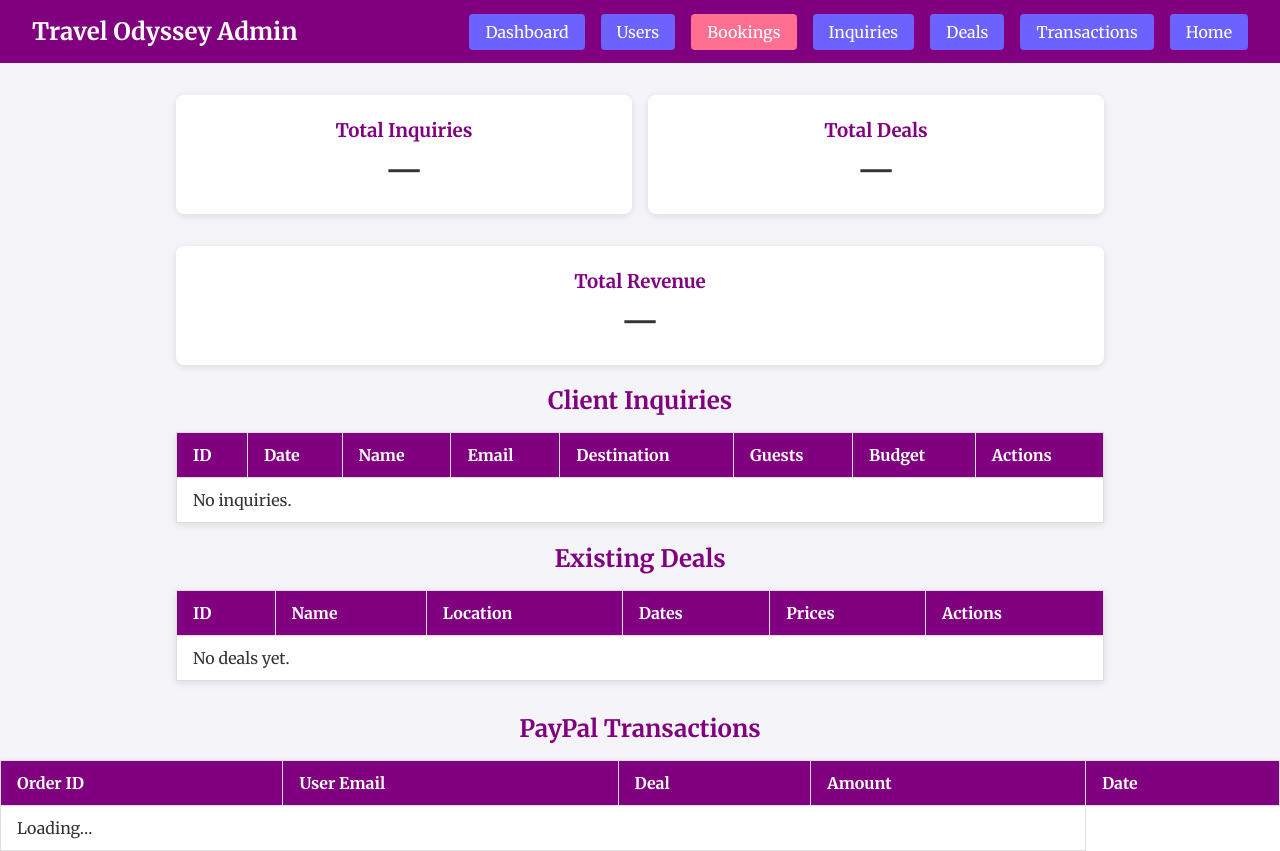
Repository: GHzPhoenix/Project-Odyssey
Page: Frontend/admin-bookings.html
An editor plug-in stored every save of this project. The page is shown before and after the next save, followed by the edit.
The browser window is 1280 px wide. The pictures show the whole page.
The page's requests for data from a server got no answer.

Above is the page before, as saved 2025-07-10 09:30:08.

### Frontend/admin-bookings.html
<!DOCTYPE html>
<html lang="en">
  <head>
    <meta charset="UTF-8" />
    <meta name="viewport" content="width=device-width,initial-scale=1.0" />
    <title>Admin Dashboard – Travel Odyssey</title>
    <link rel="stylesheet" href="/Frontend/css/admin.css" />
    <style>
      .kpi-container {
        display: flex;
        gap: 1rem;
        margin: 2rem 0;
        justify-content: center;
      }
      .kpi-card {
        flex: 1;
        background: white;
        padding: 1.5rem;
        border-radius: 8px;
        box-shadow: 0 2px 8px rgba(0, 0, 0, 0.1);
        text-align: center;
      }
      .kpi-card h3 {
        margin-bottom: 0.5rem;
        color: purple;
      }
      .kpi-card p {
        font-size: 2rem;
        font-weight: bold;
      }
    </style>
  </head>
  <body>
    <header>
      <nav>
        <div class="logo">Travel Odyssey Admin</div>
        <ul>
          <li><a href="admin.html">Dashboard</a></li>
          <li><a href="admin-users.html">Users</a></li>
          <li><a href="admin-bookings.html" class="active">Bookings</a></li>
          <li><a href="inquiries.html">Inquiries</a></li>
          <li><a href="add-deal.html">Deals</a></li>
          <li><a href="transactions.html">Transactions</a></li>
          <li><a href="index.html">Home</a></li>
        </ul>
      </nav>
    </header>

    <main>
      <div class="kpi-container">
        <div class="kpi-card">
          <h3>Total Inquiries</h3>
          <p id="kpi-inquiries">–</p>
        </div>
        <div class="kpi-card">
          <h3>Total Deals</h3>
          <p id="kpi-deals">–</p>
        </div>
      </div>
      <div class="kpi-card">
        <h3>Total Revenue</h3>
        <p id="kpi-revenue">–</p>
      </div>
      <br />
      <h2 class="section">Client Inquiries</h2>
      <table id="inquiries-table">
        <thead>
          <tr>
            <th>ID</th>
            <th>Date</th>
            <th>Name</th>
            <th>Email</th>
            <th>Destination</th>
            <th>Guests</th>
            <th>Budget</th>
            <th>Actions</th>
          </tr>
        </thead>
        <tbody>
          <tr>
            <td colspan="7">Loading…</td>
          </tr>
        </tbody>
      </table>
      <br />
      <h2 class="section">Existing Deals</h2>
      <table id="deals-table">
        <thead>
          <tr>
            <th>ID</th>
            <th>Name</th>
            <th>Location</th>
            <th>Dates</th>
            <th>Prices</th>
            <th>Actions</th>
          </tr>
        </thead>
        <tbody>
          <tr>
            <td colspan="5">Loading…</td>
          </tr>
        </tbody>
      </table>
    </main>

    <div id="deal-modal" class="modal-overlay">
      <div class="modal">
        <h2>Edit / Create Deal</h2>
        <form id="modal-form">
          <div class="input-group">
            <label>Name</label>
            <input type="text" name="name" required />
          </div>
          <div class="input-group">
            <label>Location</label>
            <input type="text" name="location" required />
          </div>
          <div class="input-group">
            <label>Activities</label>
            <input type="text" name="activities" required />
          </div>
          <div class="input-group">
            <label>Start Date</label>
            <input type="date" name="start_date" required />
          </div>
          <div class="input-group">
            <label>End Date</label>
            <input type="date" name="end_date" required />
          </div>
          <div class="input-group">
            <label>Price (€)</label>
            <input
              type="number"
              name="price"
              required
              min="0"
              step="0.01"
              placeholder="e.g. 199.99"
            />
          </div>
          <div class="input-group file-input-group">
            <label for="modal-image-input" class="file-input-btn">
              📁 Choose Image
            </label>
            <input type="file" id="modal-image-input" accept="image/*" />
            <span id="modal-file-chosen">No file chosen</span>
          </div>
          <div class="modal-actions">
            <button type="button" id="modal-cancel">Cancel</button>
            <button type="submit" id="modal-save">Save</button>
          </div>
        </form>
      </div>
    </div>

    <div class="transactions-section">
      <h2 class="section">PayPal Transactions</h2>
      <table id="transactions-table">
        <thead>
          <tr>
            <th>Order ID</th>
            <th>User Email</th>
            <th>Deal</th>
            <th>Amount</th>
            <th>Date</th>
          </tr>
        </thead>

        <tbody>
          <tr>
            <td colspan="4">Loading…</td>
          </tr>
        </tbody>
      </table>
    </div>

    <script>
      const token = localStorage.getItem("token") || "";
      let inquiries = [],
        deals = [],
        editingId = null,
        editingImageURL = "";

      async function fetchJSON(url, opts = {}) {
        opts.headers = {
          ...(opts.headers || {}),
          "Content-Type": "application/json",
          Authorization: "Bearer " + token,
        };
        const res = await fetch(url, opts);
        if (!res.ok) throw await res.json();
        return res.json();
      }

      async function loadDashboard() {
        try {
          inquiries = await fetchJSON("http://127.0.0.1:5001/api/inquiries");
          document.getElementById("kpi-inquiries").textContent =
            inquiries.length;
        } catch {
          document.getElementById("kpi-inquiries").textContent = "—";
        }
        try {
          deals = await fetchJSON("http://127.0.0.1:5001/api/deals");
          document.getElementById("kpi-deals").textContent = deals.length;
        } catch {
          document.getElementById("kpi-deals").textContent = "—";
        }
        try {
          const txns = await fetchJSON(
            "http://127.0.0.1:5001/api/paypal/transactions"
          );
          let total = 0;
          const tbodyT = document.querySelector("#transactions-table tbody");

          tbodyT.innerHTML = txns.length
            ? txns
                .map((o) => {
                  total += parseFloat(o.amount);
                  const d = new Date(o.create_time).toLocaleString();
                  return `
          <tr>
            <td>${o.id}</td>
            <td>${o.user_email}</td>
            <td>${o.deal_name}</td>
            <td>€${Number(o.amount).toFixed(2)}</td>
            <td>${d}</td>
          </tr>`;
                })
                .join("")
            : "<tr><td colspan='5'>No transactions.</td></tr>";

          document.getElementById("kpi-revenue").textContent =
            "€" + total.toFixed(2);
        } catch {
          document.getElementById("kpi-revenue").textContent = "—";
        }

        const inTbody = document.querySelector("#inquiries-table tbody");
        if (!inquiries.length) {
          inTbody.innerHTML = "<tr><td colspan='8'>No inquiries.</td></tr>";
        } else {
          inTbody.innerHTML = inquiries
            .map((i, idx) => {
              const date = new Date(i.created_at).toLocaleDateString();
              const budget =
                i.budget != null ? `€${Number(i.budget).toFixed(2)}` : "—";
              return `<tr>
          <td>${i.id}</td>
          <td>${date}</td>
          <td>${i.name}</td>
          <td>${i.email}</td>
          <td>${i.destination}</td>
          <td>${i.guests}</td>
          <td>${budget}</td>
          <td>
            <button class="action create-from-inquiry" data-idx="${idx}">
              Create Deal
            </button>
          </td>
        </tr>`;
            })
            .join("");
        }

        const dTbody = document.querySelector("#deals-table tbody");
        if (!deals.length) {
          dTbody.innerHTML = "<tr><td colspan='6'>No deals yet.</td></tr>";
        } else {
          dTbody.innerHTML = deals
            .map((d) => {
              const from = new Date(d.start_date).toLocaleDateString();
              const to = new Date(d.end_date).toLocaleDateString();
              const price =
                d.price != null ? `€${Number(d.price).toFixed(2)}` : "—";
              return `<tr data-id="${d.id}">
          <td>${d.id}</td>
          <td>${d.name}</td>
          <td>${d.location}</td>
          <td>${from} – ${to}</td>
          <td>${price}</td>
          <td>
            <button class="action edit-deal">Edit</button>
            <button class="action delete-deal">Delete</button>
          </td>
        </tr>`;
            })
            .join("");
        }

        const modal = document.getElementById("deal-modal");
        const form = document.getElementById("modal-form");
        const cancelBtn = document.getElementById("modal-cancel");
        const fileInput = document.getElementById("modal-image-input");
        const fileLabel = document.getElementById("modal-file-chosen");

        function openModal(deal = null, idx = null) {
          form.reset();
          editingId = deal?.id || null;
          editingImageURL = deal?.image_url || "";

          if (deal) {
            form.name.value = deal.name;
            form.location.value = deal.location;
            form.activities.value = deal.activities;
            form.start_date.value = deal.start_date;
            form.end_date.value = deal.end_date;
            form.price.value = deal.price;
            fileLabel.textContent = editingImageURL
              ? "Using existing image"
              : "No file chosen";
          } else if (idx != null) {
            const inquiry = inquiries[idx];
            form.name.value = inquiry.destination + " Special";
            form.location.value = inquiry.destination;
            form.activities.value = inquiry.preferences || "";
            form.start_date.value = "";
            form.end_date.value = "";
            form.price.value = inquiry.budget || "";
            fileLabel.textContent = "No file chosen";
          }

          modal.classList.add("active");
        }

        document.querySelectorAll(".create-from-inquiry").forEach((btn) => {
          btn.onclick = () => openModal(null, btn.dataset.idx);
        });

        document.querySelectorAll(".edit-deal").forEach((btn) => {
          const id = btn.closest("tr").dataset.id;
          const deal = deals.find((d) => d.id == id);
          btn.onclick = () => openModal(deal);
        });

        document.querySelectorAll(".delete-deal").forEach((btn) => {
          const id = btn.closest("tr").dataset.id;
          btn.onclick = async () => {
            if (!confirm("Delete this deal?")) return;
            try {
              await fetchJSON(`http://127.0.0.1:5001/api/deals/${id}`, {
                method: "DELETE",
              });
              alert("Deleted.");
              loadDashboard();
            } catch (err) {
              alert(err.error || "Delete failed");
            }
          };
        });

        cancelBtn.onclick = () => modal.classList.remove("active");
        document.addEventListener("keydown", (e) => {
          if (e.key === "Escape") modal.classList.remove("active");
        });

        fileInput.onchange = () => {
          fileLabel.textContent = fileInput.files[0]?.name || "No file chosen";
        };

        form.onsubmit = async (e) => {
          e.preventDefault();
          const payload = {
            name: form.name.value.trim(),
            location: form.location.value.trim(),
            activities: form.activities.value.trim(),
            start_date: form.start_date.value,
            end_date: form.end_date.value,
            price: parseFloat(form.price.value),
            image_url: editingImageURL,
          };

          if (fileInput.files.length) {
            payload.image_url = await new Promise((res, rej) => {
              const reader = new FileReader();
              reader.onload = () => res(reader.result);
              reader.onerror = () => rej(reader.error);
              reader.readAsDataURL(fileInput.files[0]);
            });
          }

          try {
            if (editingId) {
              await fetchJSON(`http://127.0.0.1:5001/api/deals/${editingId}`, {
                method: "PUT",
                body: JSON.stringify(payload),
              });
              alert("Deal updated!");
            } else {
              await fetchJSON("http://127.0.0.1:5001/api/deals", {
                method: "POST",
                body: JSON.stringify(payload),
              });
              alert("Deal created!");
            }
            modal.classList.remove("active");
            loadDashboard();
          } catch (err) {
            console.error(err);
            alert("Error: " + (err.error || err.message));
          }
        };
      }

      document.addEventListener("DOMContentLoaded", loadDashboard);
    </script>
  </body>
</html>

### Frontend/css/admin.css
@import url("https://fonts.googleapis.com/css2?family=Merriweather:wght@300;400;700&display=swap");

* {
  box-sizing: border-box;
  margin: 0;
  padding: 0;
}

body {
  font-family: "Merriweather", serif;
  background: #f4f4f9;
  color: #333;
}
.action {
  background: #6c63ff;
  color: white;
  border: none;
  padding: 0.4rem 0.8rem;
  border-radius: 4px;
  cursor: pointer;
  font-size: 0.9rem;
  transition: background 0.2s ease;
}
.action:hover {
  background: #5950d4;
}
.modal-overlay {
  display: none;
  position: fixed;
  inset: 0;
  background: rgba(0, 0, 0, 0.6);
  align-items: center;
  justify-content: center;
  z-index: 1000;
}
.modal-overlay.active {
  display: flex;
}
.modal {
  background: #fff;
  padding: 2rem;
  border-radius: 8px;
  width: 90%;
  max-width: 400px;
  box-shadow: 0 2rem 4rem rgba(0, 0, 0, 0.2);
}
.modal h2 {
  margin-bottom: 1rem;
  color: purple;
}
.modal .input-group {
  margin-bottom: 1rem;
}
.modal label {
  display: block;
  margin-bottom: 0.4rem;
  font-weight: 600;
}
.modal input[type="text"],
.modal input[type="date"] {
  width: 100%;
  padding: 0.5rem;
  border: 1px solid #ccc;
  border-radius: 4px;
}

.modal-actions {
  text-align: right;
  margin-top: 1rem;
}
.modal-actions button {
  background: #6c63ff;
  color: #fff;
  border: none;
  padding: 0.5rem 1rem;
  border-radius: 4px;
  cursor: pointer;
  margin-left: 0.5rem;
  transition: background 0.2s;
}
.modal-actions button#modal-cancel {
  background: #ccc;
  color: #333;
}
.modal-actions button:hover {
  background: #5950d4;
}

header nav {
  background: purple;
  padding: 1rem 2rem;
  display: flex;
  align-items: center;
  justify-content: space-between;
}

header nav .logo {
  color: white;
  font-size: 1.5rem;
  font-weight: bold;
}

header nav ul {
  list-style: none;
  display: flex;
  gap: 1rem;
}

header nav a {
  color: white;
  text-decoration: none;
  padding: 0.5rem 1rem;
  background: #6c63ff;
  border-radius: 4px;
  transition: background 0.2s;
}

header nav a.active,
header nav a:hover {
  background: #ff6f91;
}

main {
  max-width: 960px;
  margin: 2rem auto;
  padding: 0 1rem;
}

h1,
h2 {
  color: purple;
  margin-bottom: 1rem;
  text-align: center;
}

form {
  background: white;
  padding: 2rem;
  border-radius: 8px;
  box-shadow: 0 4px 12px rgba(0, 0, 0, 0.1);
}

form .input-group {
  margin-bottom: 1.25rem;
}

form label {
  display: block;
  margin-bottom: 0.4rem;
  font-weight: 600;
}

form input[type="text"],
form input[type="date"],
form input[type="number"],
form textarea {
  width: 100%;
  padding: 0.6rem;
  border: 1px solid #ccc;
  border-radius: 4px;
  font-size: 1rem;
}

form textarea {
  resize: vertical;
  min-height: 80px;
}

.file-input-label {
  display: inline-block;
  padding: 0.5rem 1rem;
  background: #007bff;
  color: white;
  border-radius: 4px;
  cursor: pointer;
  font-size: 0.9rem;
}

#file-chosen {
  margin-left: 0.5rem;
  font-size: 0.9rem;
  vertical-align: middle;
  color: #555;
}

input[type="file"] {
  display: none;
}

button[type="submit"] {
  background: #0b6623;
  color: white;
  padding: 0.7rem 1.4rem;
  border: none;
  border-radius: 4px;
  font-size: 1rem;
  cursor: pointer;
}

button[type="submit"]:hover {
  background: #095a1a;
}

#deal-message,
#inquiry-message {
  margin-top: 0.75rem;
  font-size: 0.9rem;
}

#deal-message.error,
#inquiry-message.error {
  color: #b00020;
}

#deal-message.success,
#inquiry-message.success {
  color: #0b6623;
}

table {
  width: 100%;
  border-collapse: collapse;
  background: white;
  margin-top: 1rem;
  box-shadow: 0 2px 8px rgba(0, 0, 0, 0.1);
}

th,
td {
  padding: 0.75rem 1rem;
  border: 1px solid #ddd;
  text-align: left;
}

th {
  background: purple;
  color: white;
  font-weight: 600;
}

tr:nth-child(even) td {
  background: #f9f9ff;
}

.inquiry-actions button {
  background: #6c63ff;
  color: white;
  border: none;
  padding: 0.4rem 0.8rem;
  border-radius: 4px;
  cursor: pointer;
  font-size: 0.9rem;
  margin-right: 0.5rem;
}

.inquiry-actions button:hover {
  background: #5950d4;
}

.deal-card {
  background: white;
  border-radius: 8px;
  box-shadow: 0 2px 8px rgba(0, 0, 0, 0.1);
  overflow: hidden;
  margin: 1rem 0;
  display: flex;
}

.deal-card img {
  width: 120px;
  object-fit: cover;
}

.deal-card-body {
  padding: 1rem;
  flex: 1;
}

.deal-card-body h3 {
  margin-bottom: 0.5rem;
}

.deal-card-body p {
  margin-bottom: 0.5rem;
}

.deal-card-body .card-button {
  background: #6c63ff;
  color: white;
  padding: 0.4rem 0.8rem;
  border-radius: 4px;
  text-decoration: none;
}

.deal-card-body .card-button:hover {
  background: #5950d4;
}

.button-link {
  display: inline-block;
  margin-top: 1.5rem;
  color: #6c63ff;
  text-decoration: underline;
}

.file-input-btn {
  display: inline-block;
  background: #6c63ff;
  color: #fff;
  padding: 0.5rem 1rem;
  border-radius: 4px;
  cursor: pointer;
  font-size: 0.9rem;
  transition: background 0.2s;
}
.file-input-btn:hover {
  background: #5950d4;
}

#modal-file-chosen {
  margin-left: 0.75rem;
  font-size: 0.9rem;
  color: #555;
  vertical-align: middle;
}

.file-input-group {
  margin-bottom: 1rem;
}

After the next save:
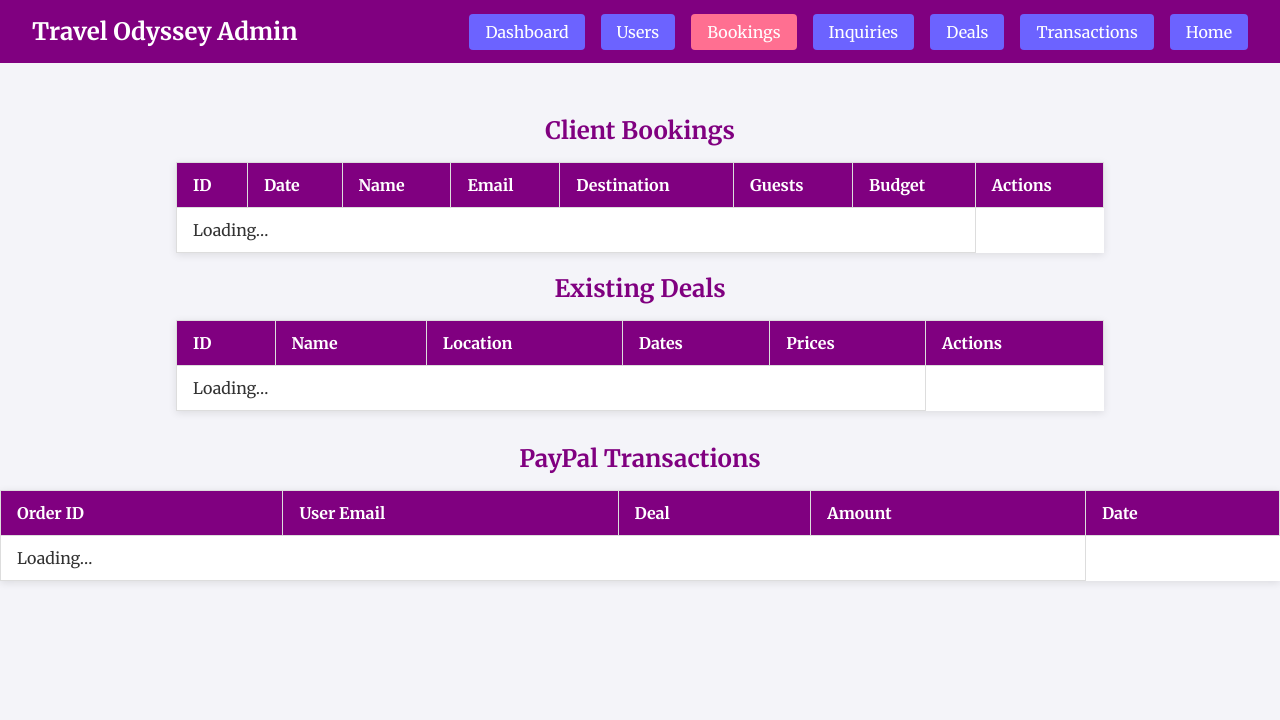
Console error: TypeError: Cannot set properties of null (setting 'textContent')
Saved 41 s later.
--- a/Frontend/admin-bookings.html
+++ b/Frontend/admin-bookings.html
@@ -47,22 +47,8 @@
     </header>
 
     <main>
-      <div class="kpi-container">
-        <div class="kpi-card">
-          <h3>Total Inquiries</h3>
-          <p id="kpi-inquiries">–</p>
-        </div>
-        <div class="kpi-card">
-          <h3>Total Deals</h3>
-          <p id="kpi-deals">–</p>
-        </div>
-      </div>
-      <div class="kpi-card">
-        <h3>Total Revenue</h3>
-        <p id="kpi-revenue">–</p>
-      </div>
       <br />
-      <h2 class="section">Client Inquiries</h2>
+      <h2 class="section">Client Bookings</h2>
       <table id="inquiries-table">
         <thead>
           <tr>

After the save that followed:
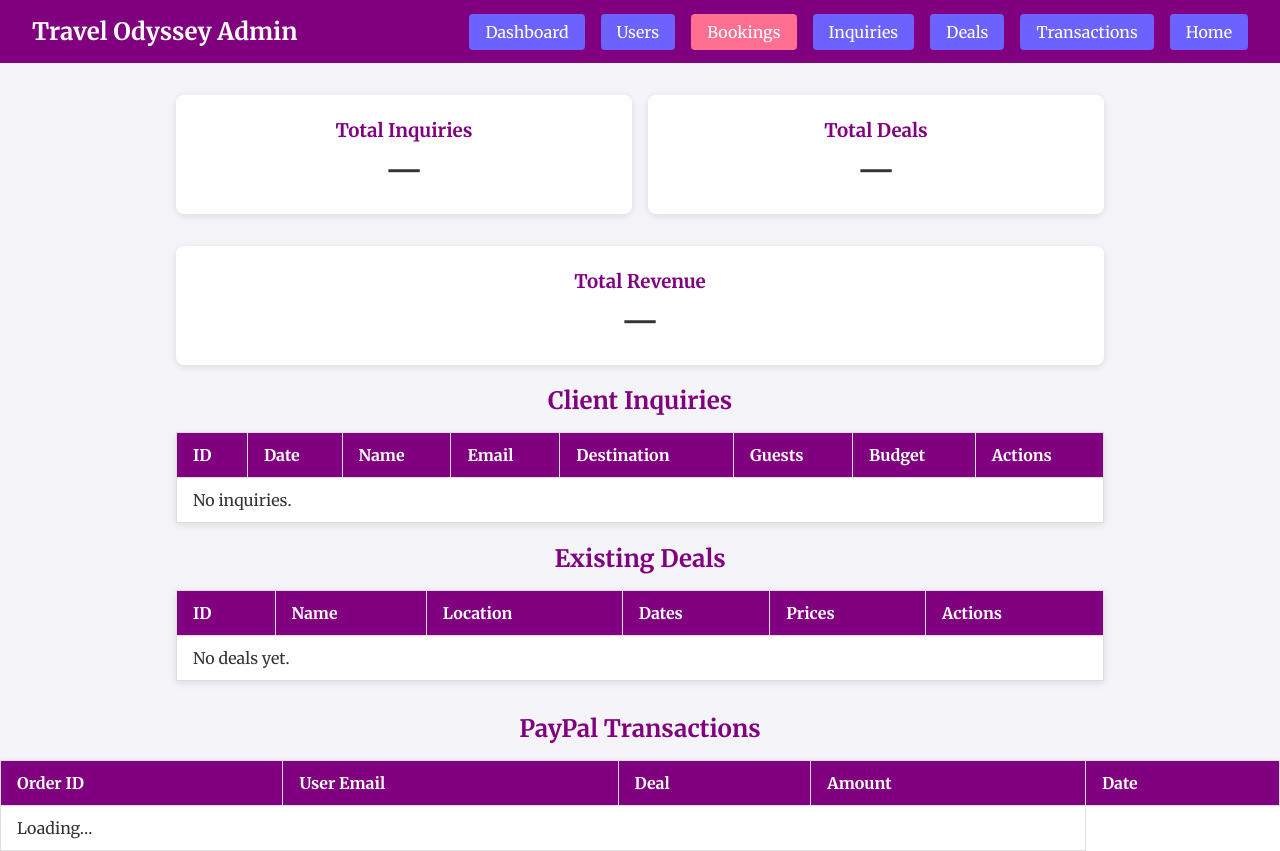
The error is gone.
Saved 23 s later.
--- a/Frontend/admin-bookings.html
+++ b/Frontend/admin-bookings.html
@@ -47,8 +47,22 @@
     </header>
 
     <main>
+      <div class="kpi-container">
+        <div class="kpi-card">
+          <h3>Total Inquiries</h3>
+          <p id="kpi-inquiries">–</p>
+        </div>
+        <div class="kpi-card">
+          <h3>Total Deals</h3>
+          <p id="kpi-deals">–</p>
+        </div>
+      </div>
+      <div class="kpi-card">
+        <h3>Total Revenue</h3>
+        <p id="kpi-revenue">–</p>
+      </div>
       <br />
-      <h2 class="section">Client Bookings</h2>
+      <h2 class="section">Client Inquiries</h2>
       <table id="inquiries-table">
         <thead>
           <tr>
